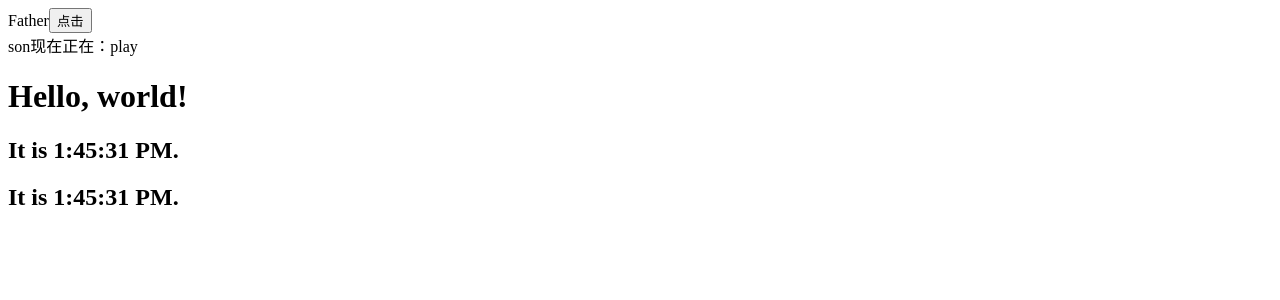
Repository: WanYouwen/react_study_code
Page: day01/01-基础/10-state-change.html
The author's editor kept a copy of each file at every save. The page is drawn from the files as they stood at one save, then again after the next save.
The browser window is 1280 px wide. The pictures show the whole page.

Above is the page before, as saved 2020-08-04 17:54:24.

After the next save:
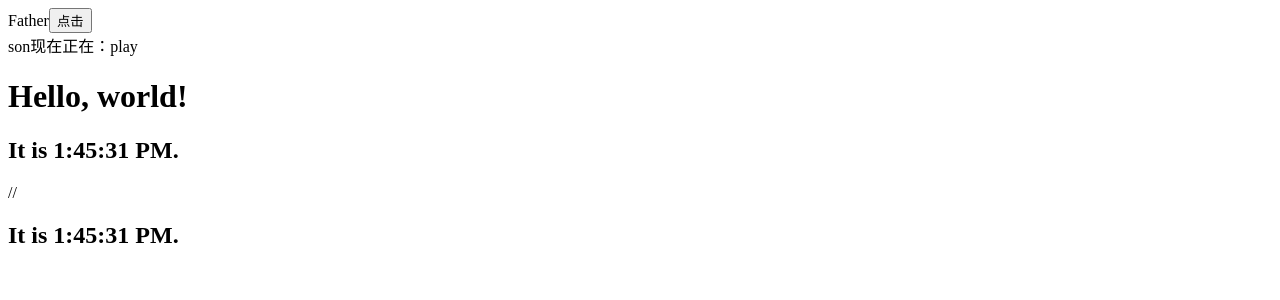
Saved 34 s later.
--- a/day01/01-基础/10-state-change.html
+++ b/day01/01-基础/10-state-change.html
@@ -128,7 +128,7 @@
           <div>
             <h1>Hello, world!</h1>
             <FormattedDate date={this.state.date} />
-            <h2>It is {this.state.date.toLocaleTimeString()}.</h2>
+            // <h2>It is {this.state.date.toLocaleTimeString()}.</h2>
           </div>
         );
       }
